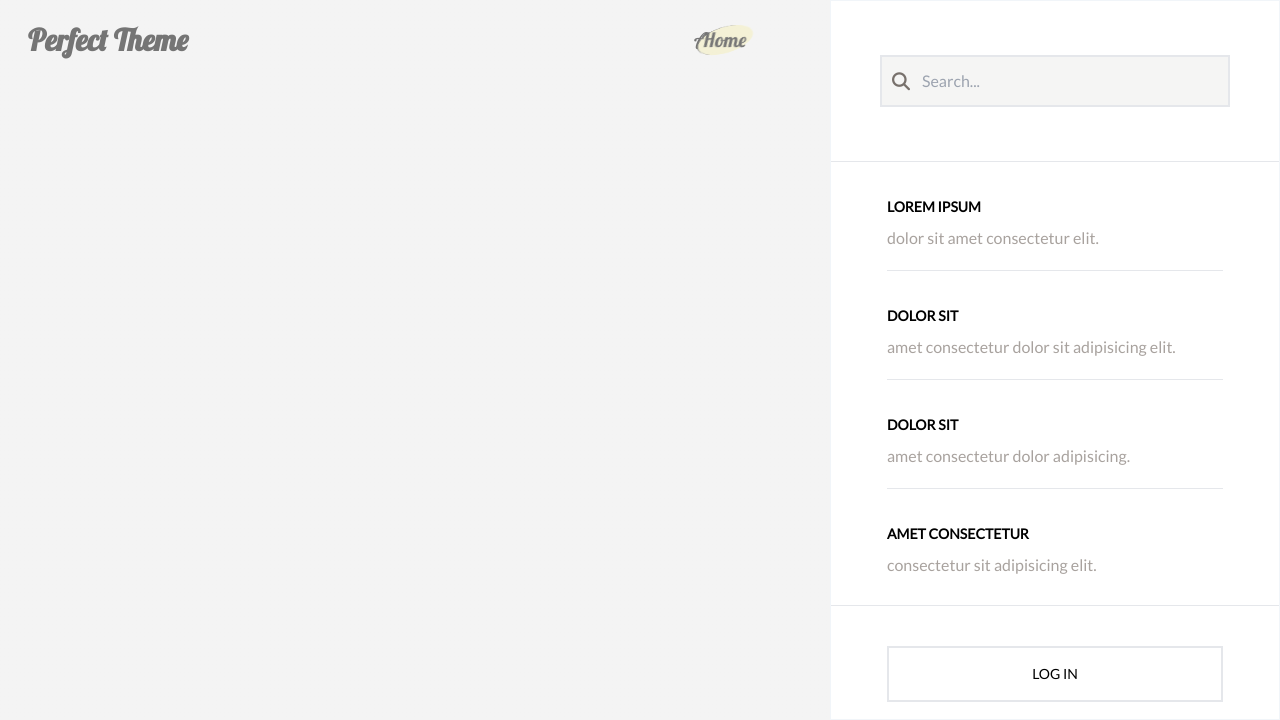
Repository: hsumyatm7308/laravel-blog
Page: blogweb/resources/views/blog/headerlayout.html
These files come from the project's save history. The page is drawn as it stood at one moment and after a run of saves; the edit follows.
The browser window is 1280 px wide. The pictures show the whole page.
Some web libraries are served in a nearby version.

Above is the page before, as saved 2023-09-05 17:39:41.

### blogweb/resources/views/blog/headerlayout.html
<!DOCTYPE html>
<html>

<head>
    <title>@yield('title')</title>
    <script src="https://cdn.tailwindcss.com"></script>
    <link rel="stylesheet" href="https://cdnjs.cloudflare.com/ajax/libs/font-awesome/6.4.2/css/all.min.css">

</head>
<style>
    /* for nav  */
    @import url('https://fonts.googleapis.com/css2?family=Lobster&display=swap');
    /* for body  */
    @import url('https://fonts.googleapis.com/css2?family=Lato&display=swap');


    body {
        font-family: 'Lato', sans-serif;
    }

    nav {
        font-family: 'Lobster', cursive;
    }


    .container {
        width: 80%;
        height: auto;
        /* background-color: antiquewhite; */

        display: flex;
        justify-content: center;
        align-items: center;

        position: relative;


    }

    .navlabel {
        position: relative;
        /* background-color: aqua; */
    }

    .lictn {
        position: relative;
    }

    .skewtextctn,
    .skewtextctn2 {
        width: 50px;
        height: 30px;
        border-radius: 100%;
        border-left: 1px solid black;

        position: fixed;
        top: 25px;




        transform: skew(-40deg);

    }

    .skewtextctn {
        left: 700px;
    }

    .skewtextctn2 {
        left: 800px;
    }



    .article {
        position: fixed;
        left: 1px;

        top: 1px;
        transform: skew(40deg);

    }

    .skewtextctn:hover,
    .skewtextctn2:hover {
        transition: all .5s;
        background-color: rgb(51 65 85);
    }

    .skewtextctn:hover .article,
    .skewtextctn2:hover .article {
        color: #000;
    }
</style>

<body class="bg-[#ffff]">
    <nav class="w-[100vw] flex justify-center items-center">
        <h1 class="text-3xl font-semibold">Perfect Theme</h1>

        <div class="w-[80%] h-20 flex justify-center items-center container">
            <div class="flex justify-between items-center list-none navlabel">
                <li class="p-5 mr-4 lictn">
                    <div class="bg-yellow-100 skewtextctn">
                        <a href="" class="text-xl text-black article">Home</a>
                    </div>
                </li>

                <li class="p-5 mr-4">
                    <div class=" active">
                        <a href="" class="text-xl text-black ">Article</a>
                    </div>
                </li>
            </div>


        </div>

        <div class=" menu ">
            <span class="text-xs flex justify-center items-center flex-col">
                <div class="w-10 h-[2px] bg-black"></div>
                <span class="p-1 hover:self-end hover:text-yellow-500"> menu</span>
                <div class="w-10 h-[2px] bg-black font-semibold"></div>
            </span>
        </div>
    </nav>



    <div
        class="menu-modal w-screen bg-[linear-gradient(rgba(233,233,233,.5),rgba(233,233,233,.5))] h-screen absolute left-0 top-0">
        <div class="">

        </div>
        <div class="w-[450px] h-[100vh] bg-white absolute right-0 top-0 border border-slate-100">

            <div class="w-full h-40 flex justify-center items-center">
                <form action="" method="post" class="relative">
                    <i class="fa-solid fa-magnifying-glass text-stone-500 text-lg absolute left-3 top-[12px]"></i>
                    <input type="search"
                        class=" border-2 px-32 py-3 pl-10 bg-stone-100 font-thin focus:outline-none	focus:border focus:border-emerald-600 focus:ring-1 focus:ring-emerald-400"
                        placeholder="Search...">
                </form>
            </div>
            <hr>


            <div class="mt-4">
                <div class="px-14 py-4 group hover:text-emerald-600">
                    <li class="list-none pb-5">
                        <a href="" class="uppercase text-sm font-semibold group-hover:text-emerald-600">Lorem ipsum</a>
                        <p class="text-stone-400 mt-2 group-hover:text-emerald-600">dolor sit amet consectetur elit.</p>
                    </li>
                    <hr>
                </div>


                <div class="px-14 py-4 group hover:text-emerald-600">
                    <li class="list-none pb-5">
                        <a href="" class="uppercase text-sm font-semibold group-hover:text-emerald-600" >dolor sit</a>
                        <p class="text-stone-400 mt-2 group-hover:text-emerald-600"> amet consectetur dolor sit adipisicing elit.</p>

                    </li>
                    <hr>
                </div>


                <div class="px-14 py-4 group hover:text-emerald-600">
                    <li class="list-none pb-5">
                        <a href="" class="uppercase text-sm font-semibold  group-hover:text-emerald-600">dolor sit</a>
                        <p class="text-stone-400 mt-2 group-hover:text-emerald-600" > amet consectetur dolor adipisicing.</p>

                    </li>
                    <hr>
                </div>

                <div class="px-14 py-4 group hover:text-emerald-600">
                    <li class="list-none  pb-3 hover:text-emerald-400">
                        <a href="" class="uppercase text-sm font-semibold group-hover:text-emerald-600">amet consectetur </a>
                        <p class="text-stone-400 mt-2 group-hover:text-emerald-600"> consectetur sit adipisicing elit.</p>

                    </li>

                </div>
                <hr class="mb-10">

                <div class=" px-14">
                    <div class="px-4 py-4 border-2 flex justify-center items-center mt-5 hover:border-emerald-600 hover:text-emerald-500 ">
                        <button class="uppercase text-sm">Log in</button>
                    </div>


                </div>
            </div>

        </div>

    </div>


    <script>
        var menu = document.querySelector('.menu');
        menu.addEventListener('click', function () {

        })


    </script>
</body>

</html>

After the next 2 saves:
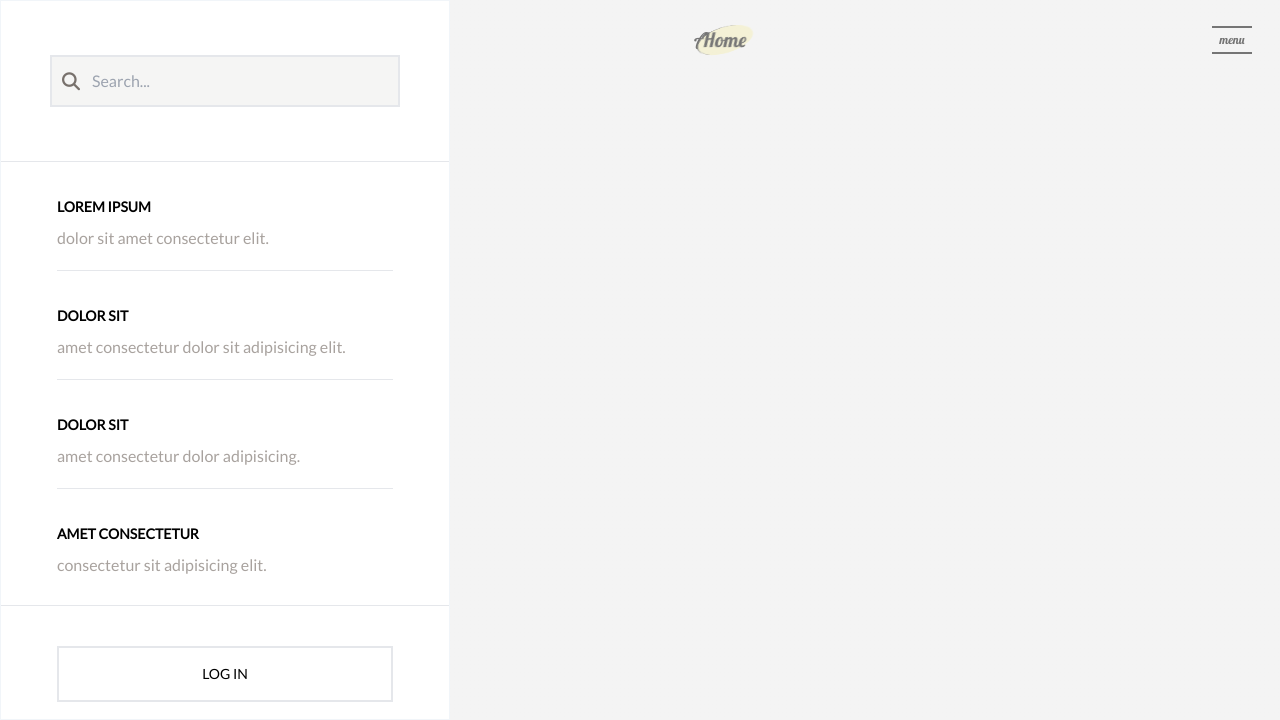
The 2 saves are shown as one change because they came seconds apart.
The last was saved 11 s later.
--- a/blogweb/resources/views/blog/headerlayout.html
+++ b/blogweb/resources/views/blog/headerlayout.html
@@ -129,10 +129,10 @@
 
     <div
         class="menu-modal w-screen bg-[linear-gradient(rgba(233,233,233,.5),rgba(233,233,233,.5))] h-screen absolute left-0 top-0">
-        <div class="">
-
-        </div>
-        <div class="w-[450px] h-[100vh] bg-white absolute right-0 top-0 border border-slate-100">
+        <div class="w-[70%]">
+
+        </div>
+        <div class="w-[450px] h-[100vh] bg-white  right-0 top-0 border border-slate-100">
 
             <div class="w-full h-40 flex justify-center items-center">
                 <form action="" method="post" class="relative">
